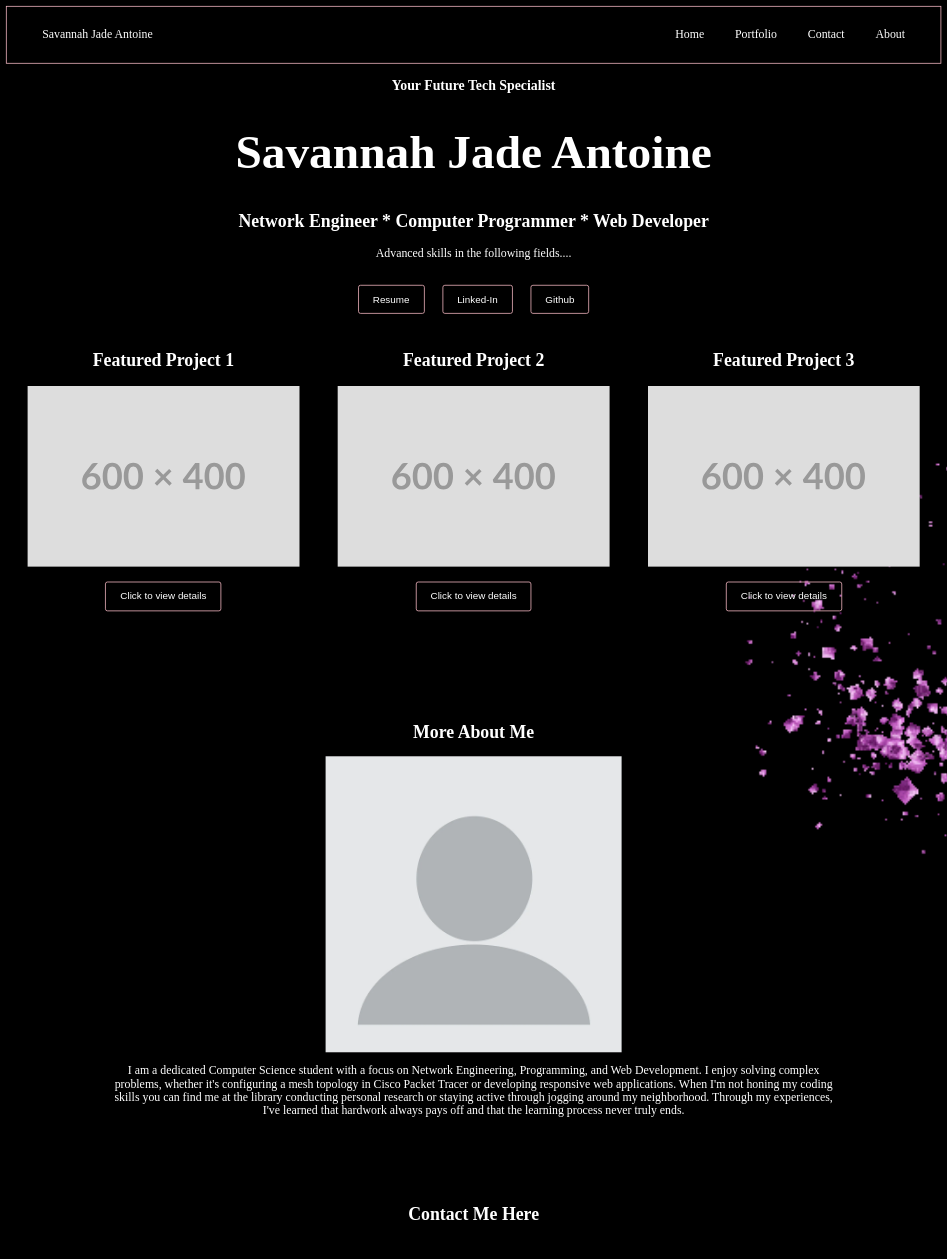
Repository: Savannah-Antoine/Savannah-Antoine
Page: index.html
These files come from the project's save history. The page is drawn as it stood at one moment and after the next save; the edit follows.
The browser window is 1280 px wide. The pictures show the whole page, at 74% of full size.

Above is the page before, as saved 2026-05-15 13:36:59.

After the next save:
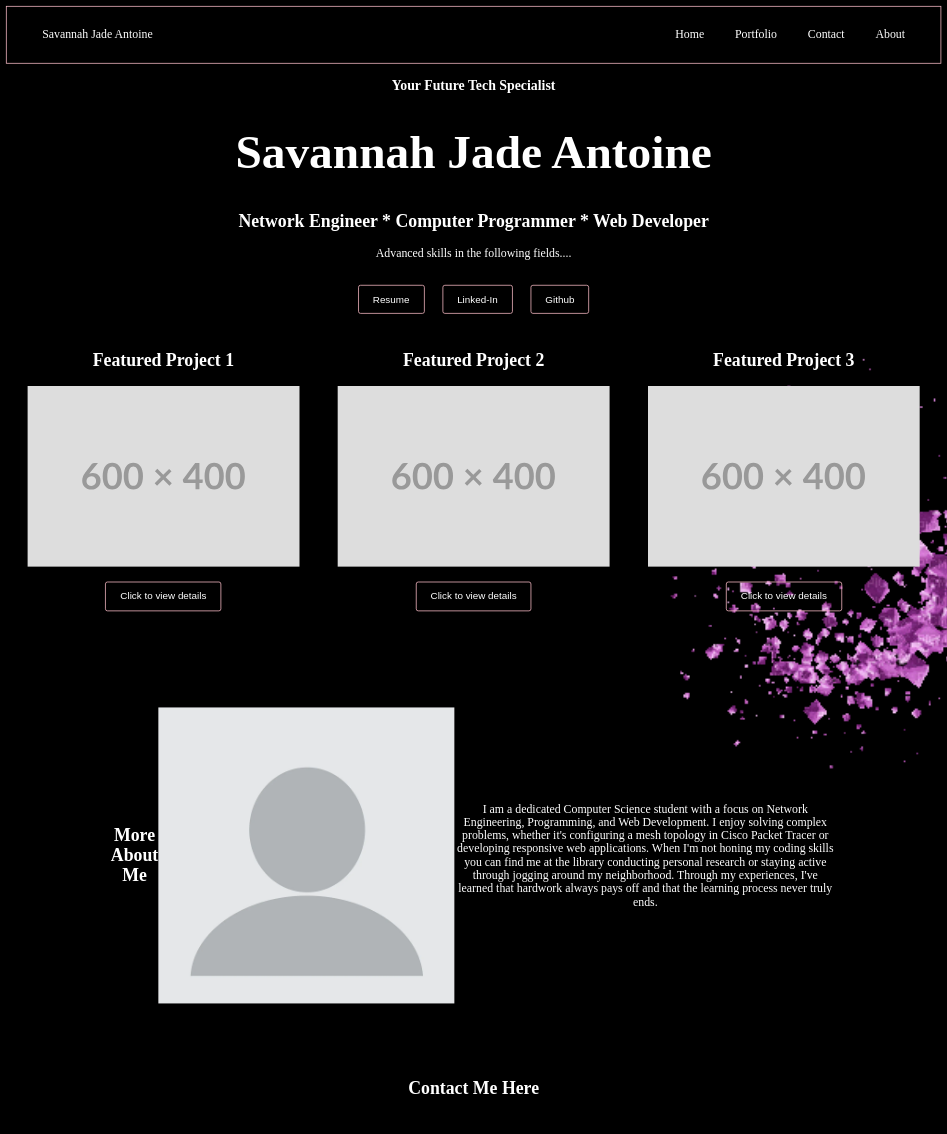
Saved 26 s later.
--- a/styles/index.css
+++ b/styles/index.css
@@ -37,7 +37,14 @@ img{
 
 @media screen and (min-width: 768px)
 {
-
+    #AboutMe{
+    display: flex;
+    flex-direction: row;      /* Side-by-side */
+    align-items: center;       /* Vertically centers image and text */
+    justify-content: center;   /* Horizontally centers the whole group */
+    padding: 50px 10%;         /* Breathing room on the sides */
+    text-align: center;
+}
    body h1 {
         font-size: 4rem;
     }
